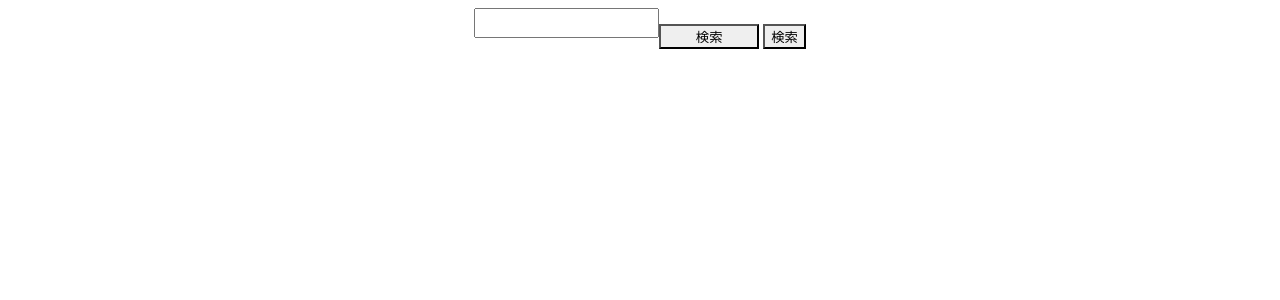
Repository: kanshu-1118/gpt-schoollife
Page: /
The author's editor kept a copy of each file at every save. The page is drawn from the files as they stood at one save, then again after the next save.
The browser window is 1280 px wide. The pictures show the whole page.
The page's requests for data from a server got no answer. The project was rebuilt for these pictures with package versions that can differ from the ones it lists, and the page was loaded fresh each time. The framework's server and built-in components were replaced by stand-ins that run in the browser. No one was signed in, and anything a server would have sent is missing. Also part of the build but not shown: next.config.js.

Above is the page before, as saved 2023-05-22 14:08:26.

### src/pages/_app.tsx
import type { AppProps } from 'next/app'
import "ress"

export default function App({ Component, pageProps }: AppProps) {
  return <Component {...pageProps} />
}

### src/pages/index.tsx
import { Box,Center,Flex,Input,Button,Wrap, WrapItem } from '@chakra-ui/react';
import { Inter } from 'next/font/google'
import { useEffect, useState } from 'react';


const inter = Inter({ subsets: ['latin'] })


export default function Home() {
  const [posts, setPosts] = useState([]);
  const [keyword,setKeyword] = useState("鍋")
  const [text, setText] = useState("")

  useEffect(()=>{
    const params ={
      keyword : keyword,
    }
    const query = new URLSearchParams(params)
    const fetchPosts = async()=>{
      const responce = await fetch(`/api/hello?${query}`)
      const data = await responce.json()
      setPosts(data.users.results.shop)

    }
    fetchPosts()
  },[keyword])
  const format = () =>{
    setKeyword(text)
  }
  {
      return (
        <>
          <Flex w='max' h={30} justify='center'>
            <Input type="text" variant='filled' onChange={(e)=>{setText(e.target.value)}}/>
            <Wrap spacing={4}>
              <WrapItem>
                <Button variant='solid' w={"100px"}  colorScheme='green'>検索</Button>
              </WrapItem>
              <WrapItem>
                <Button variant='solid' colorScheme='green'>検索</Button>
              </WrapItem>
            </Wrap>
          </Flex>
        </>
      )
  }
}

Loaded but not shown: src/pages/_document.tsx (common file)

After the next save:
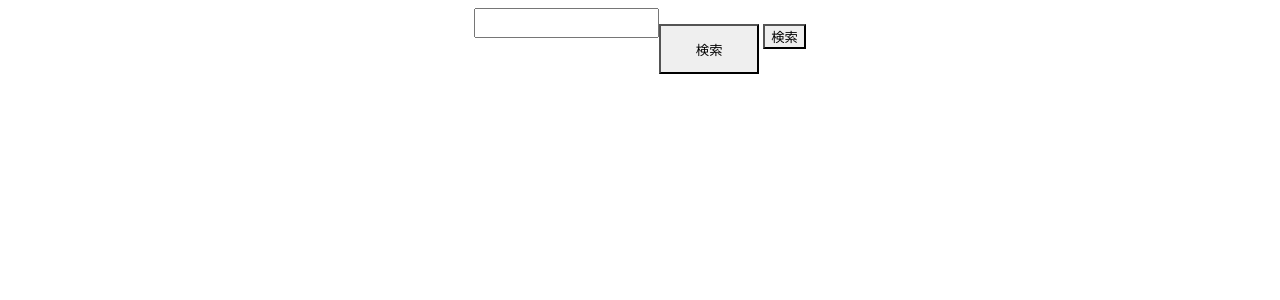
Saved 8 s later.
--- a/src/pages/index.tsx
+++ b/src/pages/index.tsx
@@ -34,7 +34,7 @@ export default function Home() {
             <Input type="text" variant='filled' onChange={(e)=>{setText(e.target.value)}}/>
             <Wrap spacing={4}>
               <WrapItem>
-                <Button variant='solid' w={"100px"}  colorScheme='green'>検索</Button>
+                <Button variant='solid' w={"100px"} h="50px" colorScheme='green'>検索</Button>
               </WrapItem>
               <WrapItem>
                 <Button variant='solid' colorScheme='green'>検索</Button>
